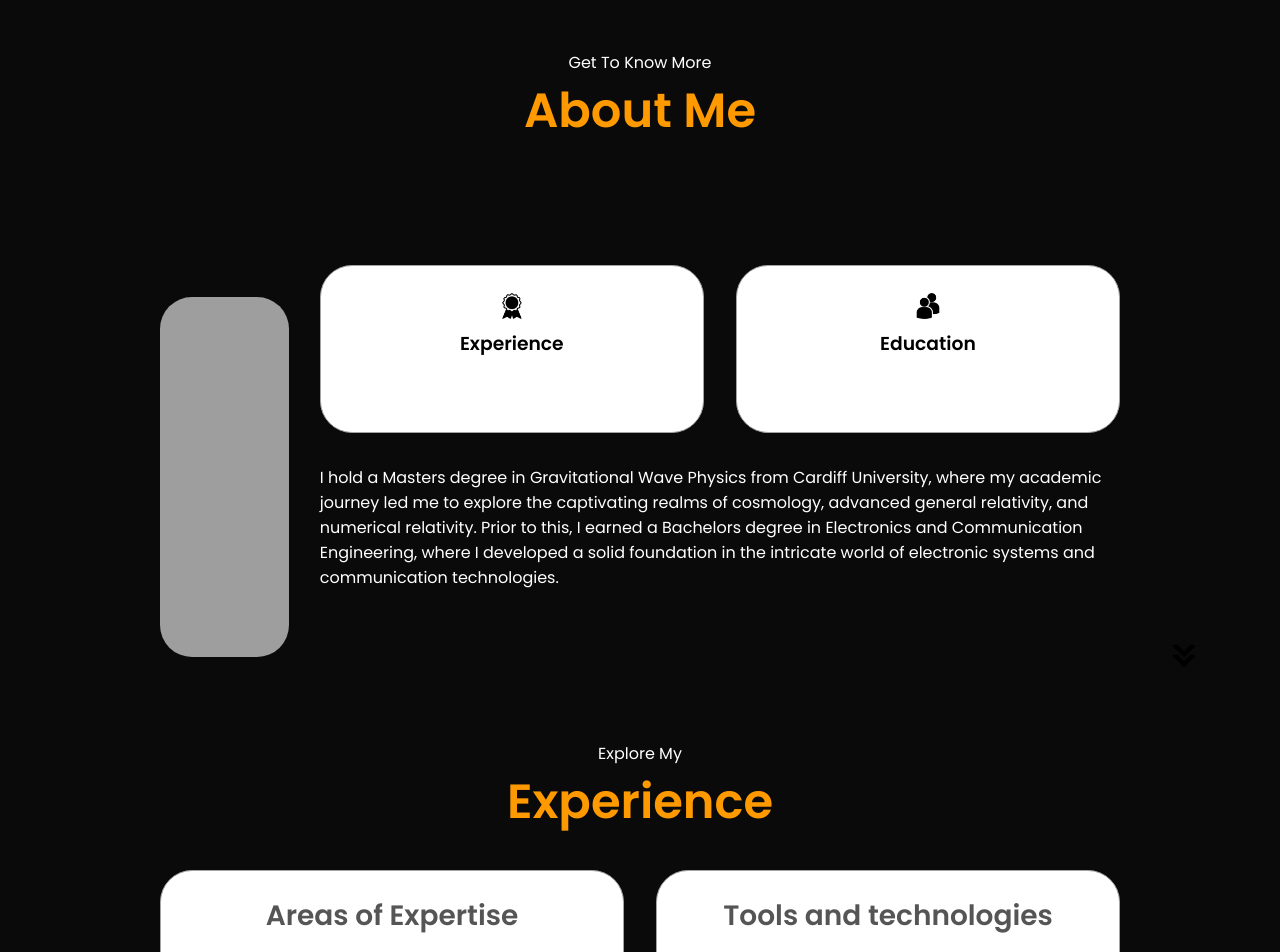
Repository: APersonalVoyage/APersonalVoyage.github.io
Page: index.html
An editor plug-in stored every save of this project. The page is shown before and after the next save, followed by the edit.
The browser window is 1280 px wide. The pictures show the part of the page from y = 795 to 1747 px (the page is 4064 px tall).
Pictures or frames that could not be fetched are drawn as grey boxes. A picture or video elsewhere on the page could not be fetched, so the positions and the page height are approximate.

Above is the page before, as saved 2023-08-24 19:15:20.

After the next save:
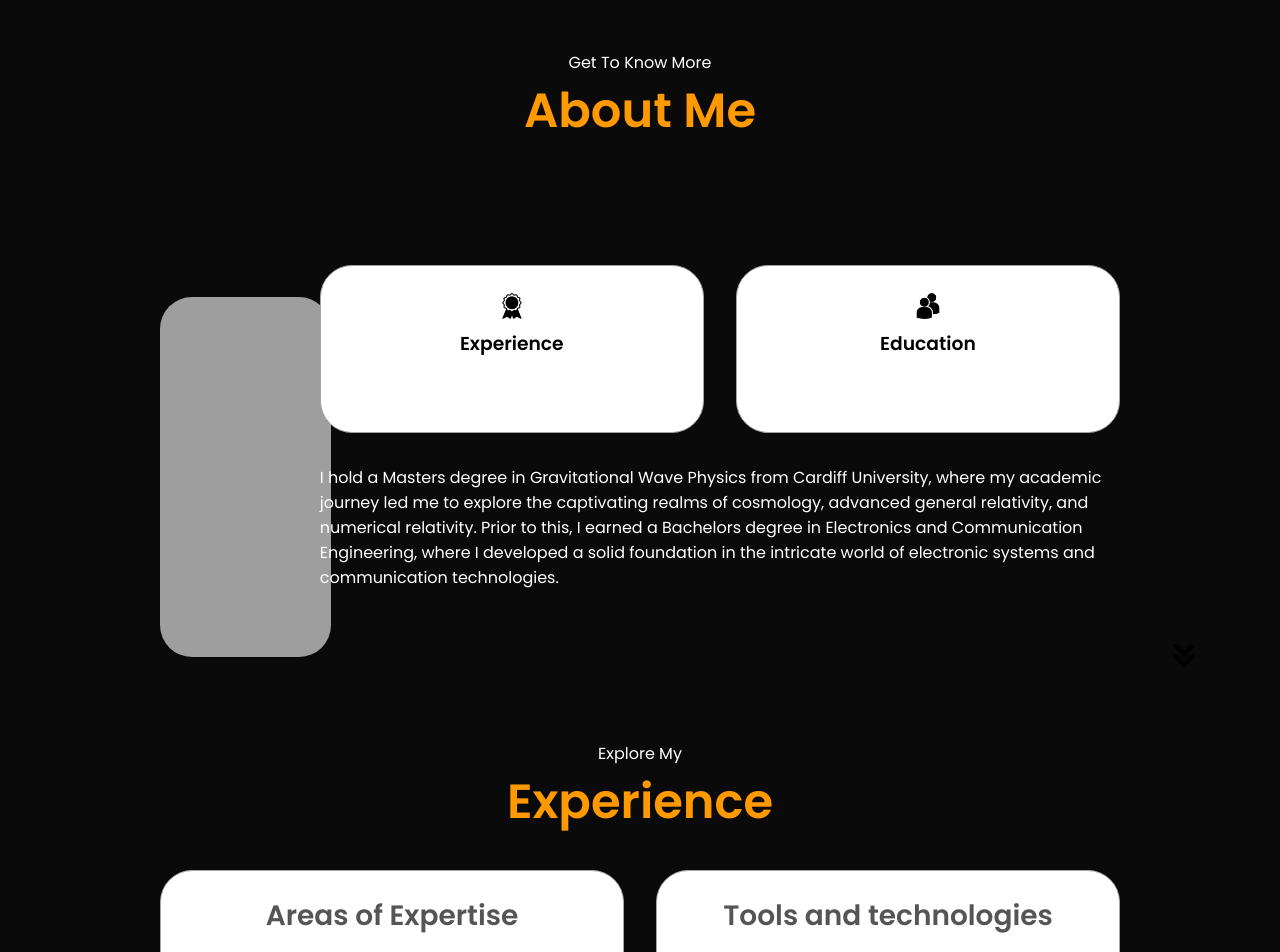
Saved 6 s later.
--- a/style.css
+++ b/style.css
@@ -292,7 +292,7 @@ section {
 
 .about-pic {
   border-radius: 2rem;
-  width: 135%;
+  width: 179%;
   height: 90%;
 
 }
